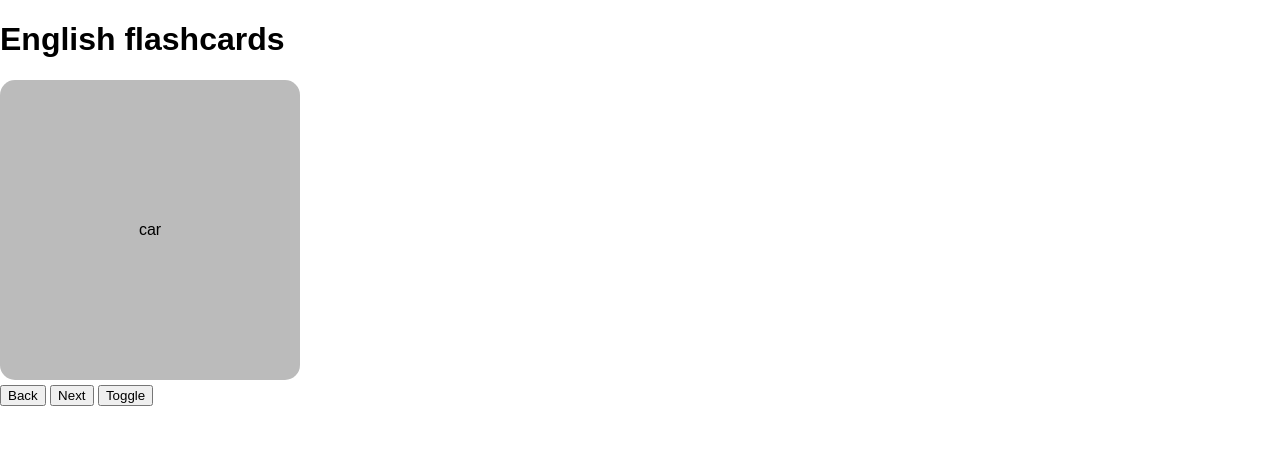
Repository: AdrianGizycki/English-Flashcards
Page: index.html
An editor plug-in stored every save of this project. The page is shown before and after the next save, followed by the edit.
The browser window is 1280 px wide. The pictures show the whole page.

Above is the page before, as saved 2019-09-15 12:43:18.

### index.html
<!DOCTYPE html>
<html lang="en">
<head>
    <meta charset="UTF-8">
    <meta name="viewport" content="width=device-width, initial-scale=1.0">
    <meta http-equiv="X-UA-Compatible" content="ie=edge">
    <link rel="stylesheet" type="text/css" href="style.css">
    <title>English Flashcards</title>
</head>
<body>
    <div class="mainDiv">
        <h1> English flashcards</h1>
        <div class="flip-card">
            <div class="flip-card-inner">
                <div class="flip-card-front">
                    <div class="divContents1">car</div>
                </div>
                <div class="flip-card-back">
                    <div class="divContents2">samochód</div>
                </div>
                </div>
            <button class="btn1">Back</button>
            <button class="btn2">Next</button>
            <button class="btn3">Toggle</button>
        </div>
    </div>

    <script src="app.js" type="text/javascript"></script>
</body>
</html>

### style.css
body {
    font-family: Arial, Helvetica, sans-serif;
    height: 100%;
    padding: 0;
    margin: 0;
    box-sizing: border-box;
  }

  .flip-card {
    background-color: transparent;
    width: 300px;
    height: 300px;
    perspective: 1000px;
    border-radius: 5%;
  }

  .flip-card-inner {
    position: relative;
    width: 100%;
    height: 100%;
    text-align: center;
    transition: transform 1s;
    transform-style: preserve-3d;
    /* box-shadow: 0 4px 8px 0 rgba(0, 0, 0, 0.5); */
  }

  .flip-card:hover .flip-card-inner {
    transform: rotateY(180deg);
  }

  .flip-card-front,
  .flip-card-back {
    position: absolute;
    width: 100%;
    height: 100%;
    backface-visibility: hidden;
    display: flex;
    align-items: center;
    justify-content: center;
  }

  .flip-card-front {
    background-color: #bbb;
    color: black;
    border-radius: 5%;
  }

  .flip-card-back {
    background-color: #2980b9;
    color: white;
    transform: rotateY(180deg);
    border-radius: 5%;
  }

  .btn1,
  .btn2,
  .btn3 {
      margin-top: 5px;
  }

### app.js
const englishWords = ['above', 'across', 'act', 'ahead', 'along', 'among', 'amount', 'any', 'anyone', 'appear', 'approach', 'arms', 'around', 'art', 'as', 'attack', 'attempt', 'august', 'autumn', 'away', 'base', 'bear', 'become', 'began', 'beginning', 'behind', 'believe', 'belong', 'below', 'beyound', 'bill', 'bit', 'block', 'blood', 'blow', 'board', 'bottom', 'branch', 'break', 'bridge', 'bright', 'building', 'burn', 'capital', 'carry', 'case', 'cause', 'central', 'centre', 'century', 'certain', 'certainly', 'claim', 'coat', 'common', 'complete', 'concern', 'conditio', 'consider', 'continue', 'control', 'corner', 'count'];
const polishWords = ['powyżej / nad / u góry', 'przez coś', 'akt / czyn / działanie', 'przed', 'wzdłuż', 'między / pośród', 'ilość', 'jakikolwiek', 'nikt', 'pojawić się', 'podejście', 'herb / uzbrojony', 'wokół / dookoła / w pobliżu', 'sztuka', 'jako/ tak jak', 'atak', 'próba', 'sierpień', 'jesień', 'od /daleko / z dala / z daleka', 'podstawa', 'niedźwiedź', 'zostać', 'rozpoczął', 'początek', 'za / z tyłu', 'wierzyć', 'należeć', 'poniżej', 'poza', 'za (czymś)', 'po drugiej stronie (czegoś)', 'dalej', 'projekt ustawy', 'rachunek', 'kawałek', 'klocek', 'krew', 'cios / dmuchać / wiać', 'deska', 'dolny', 'oddział / gałąź / rozgałęzienie', 'most', 'jasny', 'budynek', 'oparzenie', 'stolica', 'nieść', 'przypadek / walizka', 'przyczyna / powód', 'centralny / środkowy', 'środek', 'wiek', 'pewny', 'rzeczywiście / z pewnością / na pewno', 'roszczenie', 'sierść / powlekać / płaszcz / okrywać cienką warstwą', 'pospolity', 'cały / całkowity / pełny', 'troska', 'warunek', 'rozważać', 'kontynuować', 'kontrola', 'róg / narożnik', 'liczba / liczyć się']
const divContents1 = document.querySelector(".divContents1");
const divContents2 = document.querySelector(".divContents2");
const btnBeck = document.querySelector(".btn1");
const btnNext = document.querySelector(".btn2");
const btnToggle = document.querySelector(".btn3");
const visCard = document.querySelector(".flip-card-front");
const unvisCard = document.querySelector(".flip-card-back");

var counter = 0;
btnNext.addEventListener('click', function(){
  counter++;
  divContents1.innerText = englishWords[counter];
  divContents2.innerText = polishWords[counter];
})

btnBeck.addEventListener('click', function(){
  counter--;
  divContents1.innerText = englishWords[counter];
  divContents2.innerText = polishWords[counter];
})

After the next save:
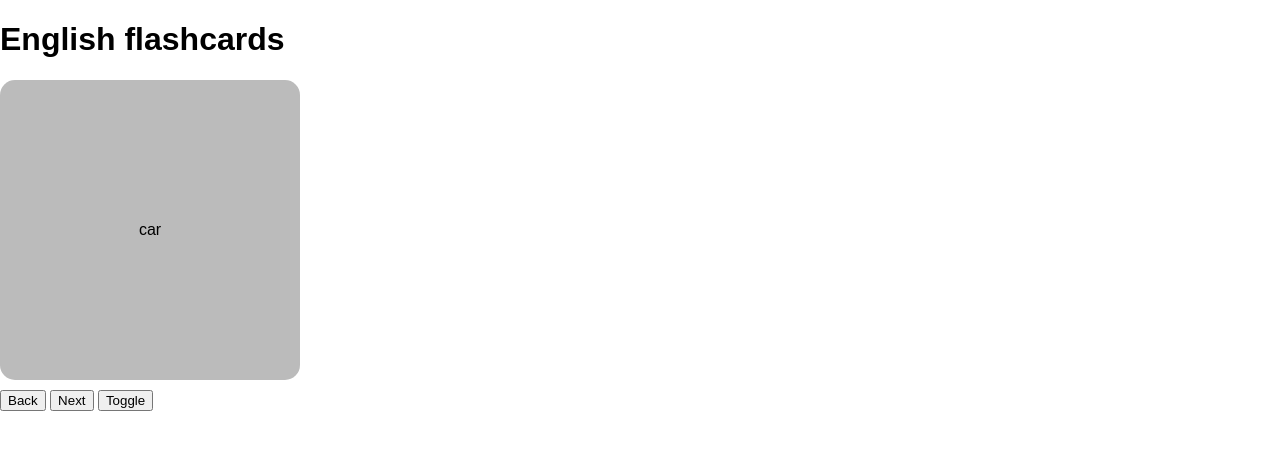
Saved 19 s later.
--- a/style.css
+++ b/style.css
@@ -55,5 +55,5 @@ body {
   .btn1,
   .btn2,
   .btn3 {
-      margin-top: 5px;
+      margin-top: 10px;
   }
